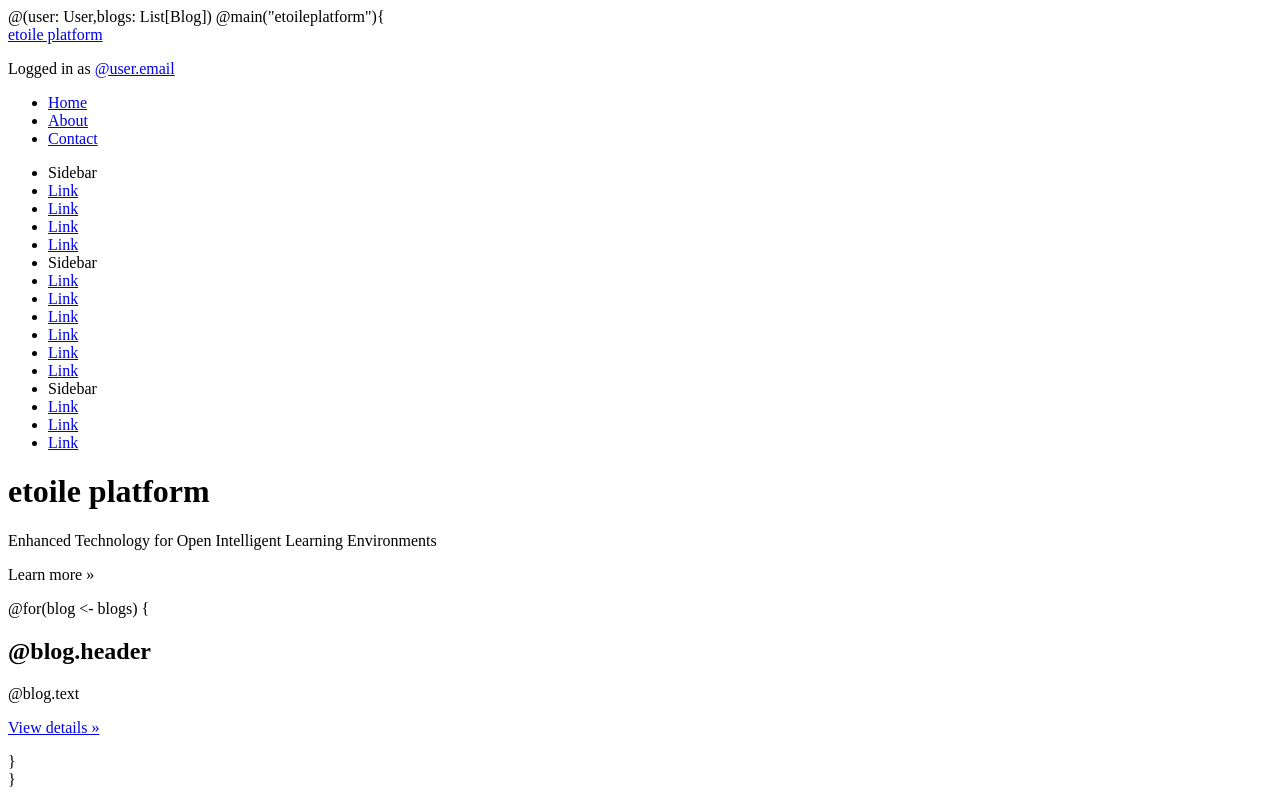
Repository: lopesdasilva/etoile
Page: etoile-play/.target/views/home.scala.html
These files come from the project's save history. The page is drawn as it stood at one moment and after the next save; the edit follows.
The browser window is 1280 px wide. The pictures show the whole page.

Above is the page before, as saved 2012-10-23 20:33:45.

After the next save:
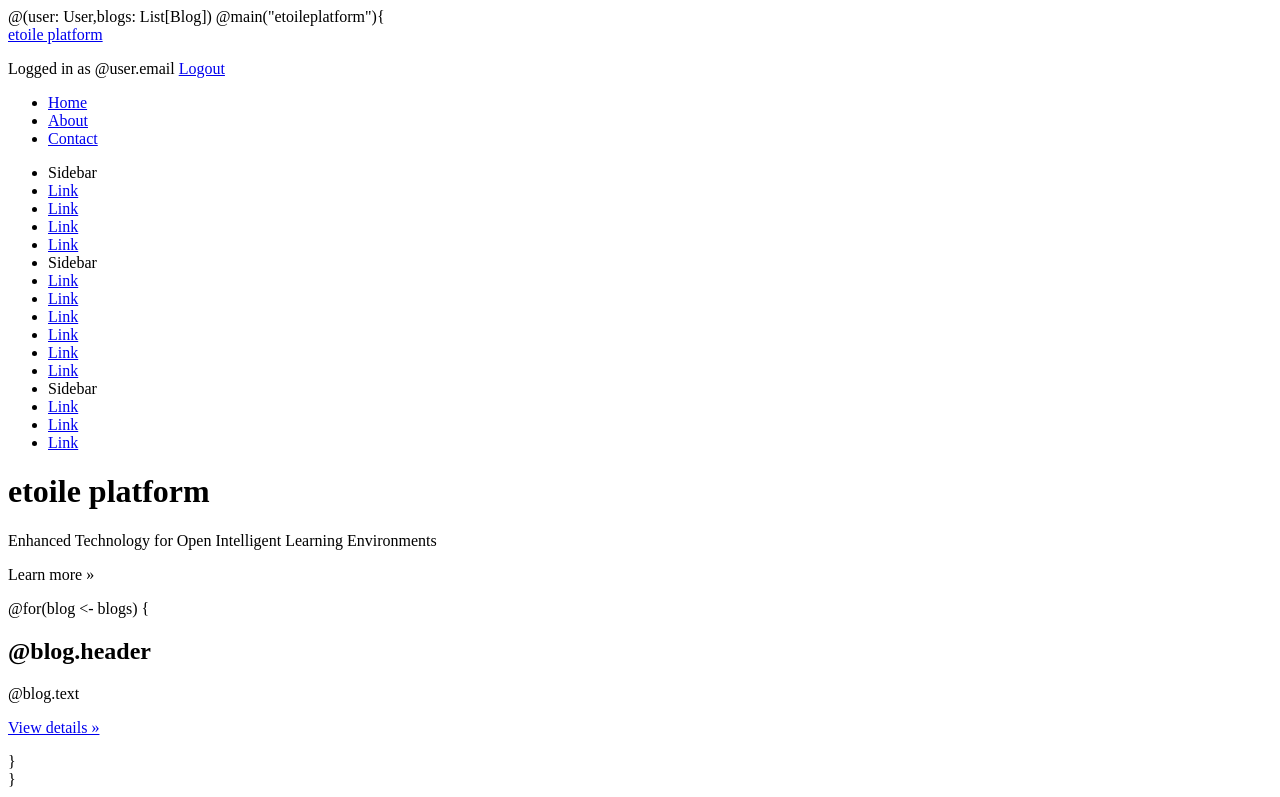
Saved 2 min 31 s later.
--- a/etoile-play/.target/views/home.scala.html
+++ b/etoile-play/.target/views/home.scala.html
@@ -14,7 +14,7 @@
           <a class="brand" href="#">etoile platform</a>
           <div class="nav-collapse collapse">
             <p class="navbar-text pull-right">
-              Logged in as <a href="logout" class="navbar-link">@user.email</a>
+              Logged in as @user.email <a href="logout" class="navbar-link">Logout</a>
             </p>
             <ul class="nav">
               <li class="active"><a href="#">Home</a></li>
